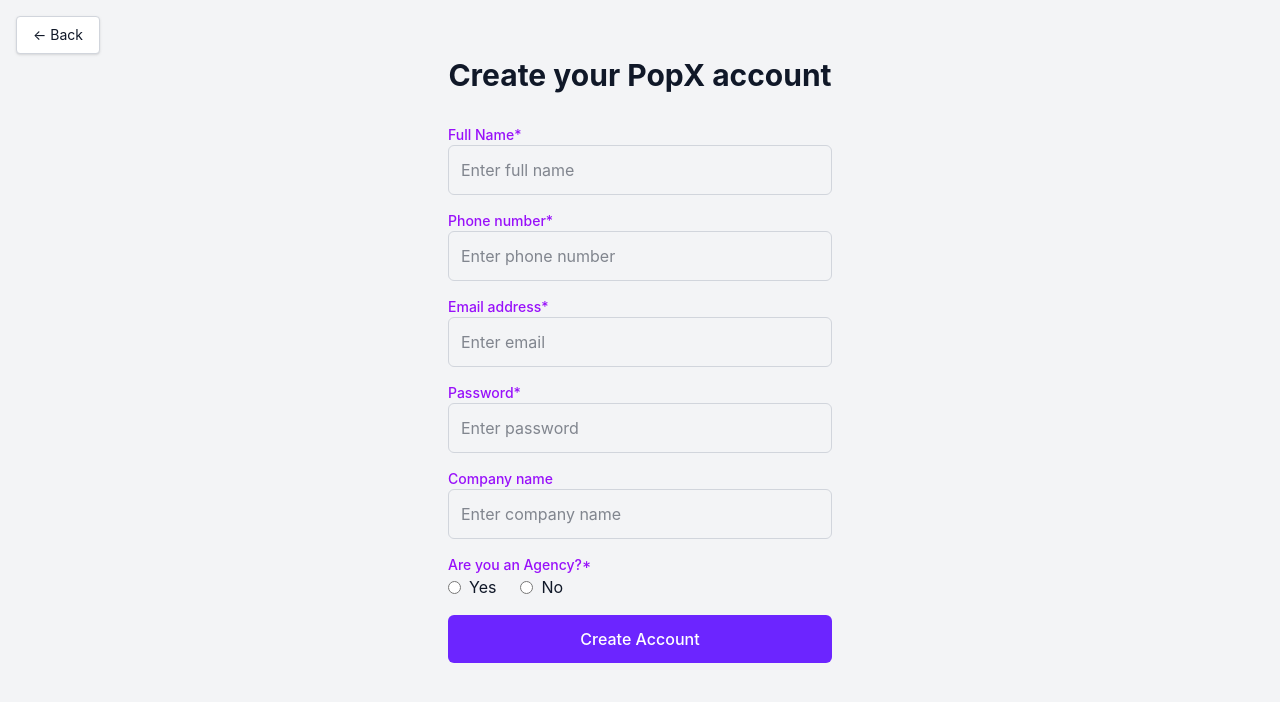
Repository: tanayburbure/inter
Page: /signup
The author's editor kept a copy of each file at every save. The page is drawn from the files as they stood at one save, then again after the next save.
The browser window is 1280 px wide. The pictures show the whole page.
The project was rebuilt for these pictures with package versions that can differ from the ones it lists, and the page was loaded fresh each time. Also part of the build but not shown: vite.config.js, src/pages/Welcome.jsx, src/pages/Login.jsx, src/pages/Account.jsx.

Above is the page before, as saved 2025-06-17 22:49:07.

### src/index.css
@import "tailwindcss";

body {
  font-family: 'Inter', sans-serif;
}

### src/App.jsx
import React from "react";
import { BrowserRouter as Router, Routes, Route, useLocation, useNavigate } from "react-router-dom";
import Welcome from "./pages/Welcome";
import Login from "./pages/Login";
import Signup from "./pages/Signup";
import Account from "./pages/Account";
import { UserProvider } from "./pages/UserContex";

// BackButton Component (only hidden on Welcome page)
function BackButton() {
  const location = useLocation();
  const navigate = useNavigate();

  // Hide on Welcome page
  if (location.pathname === "/") return null;

  return (
    <button
      onClick={() => navigate(-1)}
      className="absolute top-4 left-4 px-4 py-2 bg-white border border-gray-300 rounded shadow text-sm hover:bg-gray-50"
    >
      ← Back
    </button>
  );
}

// AppContent separated to use Router hooks
function AppContent() {
  return (
    <div className="relative min-h-screen bg-gray-100 text-gray-900">
      <BackButton />
      <Routes>
        <Route path="/" element={<Welcome />} />
        <Route path="/login" element={<Login />} />
        <Route path="/signup" element={<Signup />} />
        <Route path="/account" element={<Account />} />
      </Routes>
    </div>
  );
}

export default function App() {
  return (
    <UserProvider>
      <Router>
        <AppContent />
      </Router>
    </UserProvider>
  );
}

### src/pages/Signup.jsx
import { useNavigate } from "react-router-dom";
import { useUser } from "./UserContex"; // adjust the path

export default function Signup() {
  const navigate = useNavigate();
  const { setUserData } = useUser();

  const handleSubmit = (e) => {
    e.preventDefault();

    const form = e.target;
    const data = {
      fullName: form.fullName.value,
      phone: form.phone.value,
      email: form.email.value,
      password: form.password.value,
      company: form.company.value,
      isAgency: form.agency.value,
    };

    setUserData(data);
    navigate("/account");
  };

  return (
    <div className="min-h-screen flex items-center justify-center px-4 py-12 sm:px-6 lg:px-8">
      <div className="w-full max-w-sm space-y-8">
        <h2 className="text-center text-3xl font-bold">
          Create your PopX account
        </h2>
        <form className="space-y-4" onSubmit={handleSubmit}>
          <div>
            <label className="text-sm text-purple-600 font-medium block ">
              Full Name*
            </label>
            <input
              name="fullName"
              type="text"
              placeholder="Enter full name"
              required
              className="w-full border border-gray-300 rounded-md p-3"
            />
          </div>
          <div>
            <label className="text-sm text-purple-600 font-medium block ">
              Phone number*
            </label>
            <input
              name="phone"
              type="tel"
              placeholder="Enter phone number"
              required
              className="w-full border border-gray-300 rounded-md p-3"
            />
          </div>
          <div>
            <label className="text-sm text-purple-600 font-medium block ">
              Email address*
            </label>
            <input
              name="email"
              type="email"
              placeholder="Enter email"
              required
              className="w-full border border-gray-300 rounded-md p-3"
            />
          </div>
          <div>
            <label className="text-sm text-purple-600 font-medium block ">
              Password*
            </label>
            <input
              name="password"
              type="password"
              placeholder="Enter password"
              required
              className="w-full border border-gray-300 rounded-md p-3"
            />
          </div>
          <div>
            <label className="text-sm text-purple-600 font-medium block ">
              Company name
            </label>
            <input
              name="company"
              type="text"
              placeholder="Enter company name"
              className="w-full border border-gray-300 rounded-md p-3"
            />
          </div>
          <div>
            <label className="block text-sm text-purple-600 font-medium ">
              Are you an Agency?*
            </label>
            <div className="flex space-x-6">
              <label className="flex items-center">
                <input
                  type="radio"
                  name="agency"
                  value="Yes"
                  required
                  className="mr-2"
                />
                Yes
              </label>
              <label className="flex items-center">
                <input
                  type="radio"
                  name="agency"
                  value="No"
                  required
                  className="mr-2"
                />
                No
              </label>
            </div>
          </div>
          <button
            type="submit"
            className="w-full bg-[#6C25FF] cursor-pointer text-white py-3 rounded-md font-medium transition duration-200"
          >
            Create Account
          </button>
        </form>
      </div>
    </div>
  );
}

### src/pages/UserContex.jsx
import { createContext, useState, useContext } from "react";

const UserContext = createContext();

export function UserProvider({ children }) {
  const [userData, setUserData] = useState(null);
  return (
    <UserContext.Provider value={{ userData, setUserData }}>
      {children}
    </UserContext.Provider>
  );
}

export function useUser() {
  return useContext(UserContext);
}

Loaded but not shown: index.html (common file); src/main.jsx (common file)

After the next save:
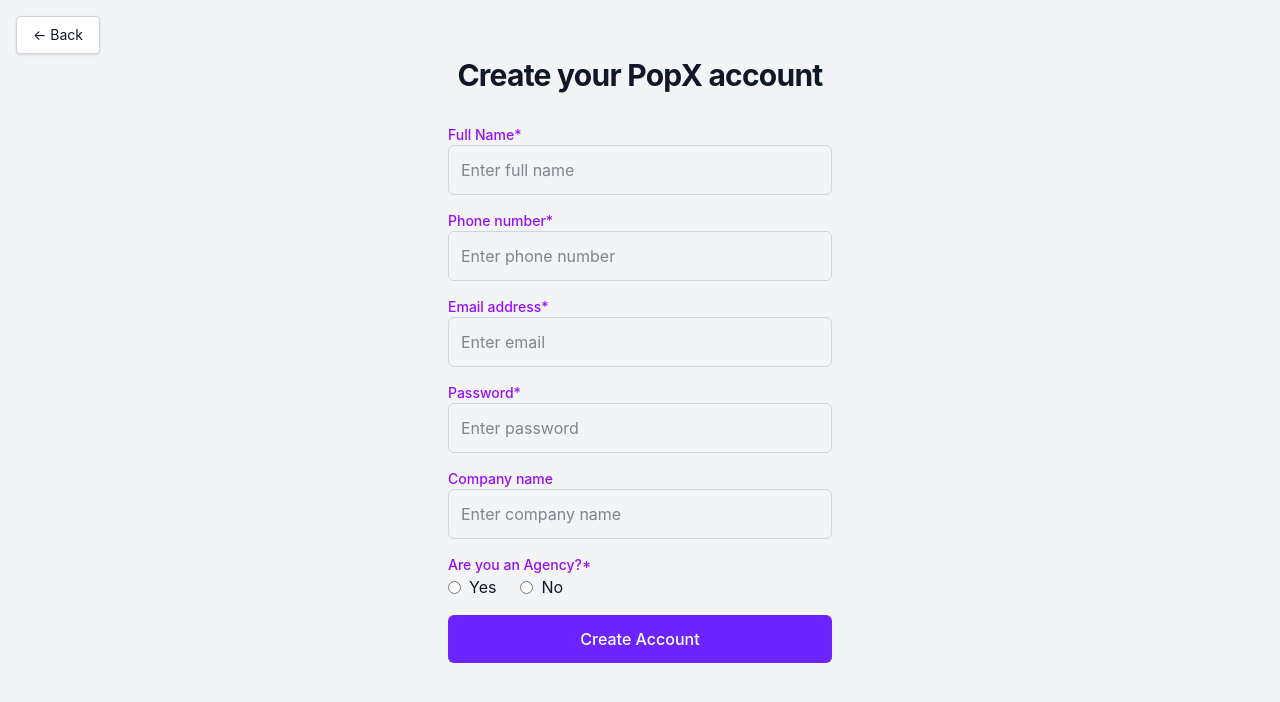
Saved 7 s later.
--- a/src/pages/Signup.jsx
+++ b/src/pages/Signup.jsx
@@ -25,7 +25,7 @@
   return (
     <div className="min-h-screen flex items-center justify-center px-4 py-12 sm:px-6 lg:px-8">
       <div className="w-full max-w-sm space-y-8">
-        <h2 className="text-center text-3xl font-bold">
+        <h2 className="text-center text-3xl font-bold tracking-tight">
           Create your PopX account
         </h2>
         <form className="space-y-4" onSubmit={handleSubmit}>
